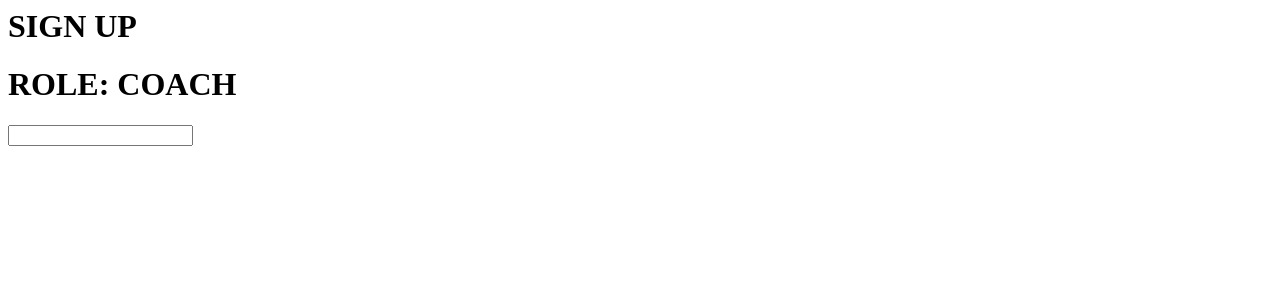
Repository: Aryaholmukhe/treasureHacks
Page: signup/coach.html
An editor plug-in stored every save of this project. The page is shown before and after the next save, followed by the edit.
The browser window is 1280 px wide. The pictures show the whole page.

Above is the page before, as saved 2022-03-26 12:34:15.

After the next save:
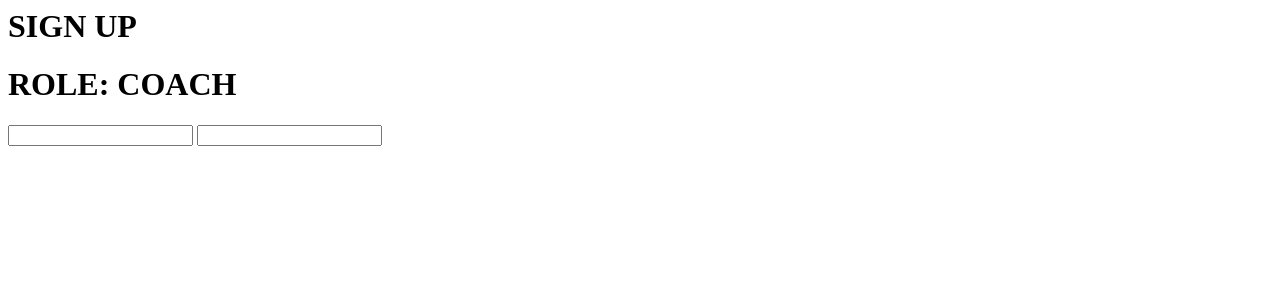
Saved 1 s later.
--- a/signup/coach.html
+++ b/signup/coach.html
@@ -16,6 +16,7 @@
         <label></label>
         <input>
 
-        <la
+        <label></label>
+        <input>
     </form>
 </html>
